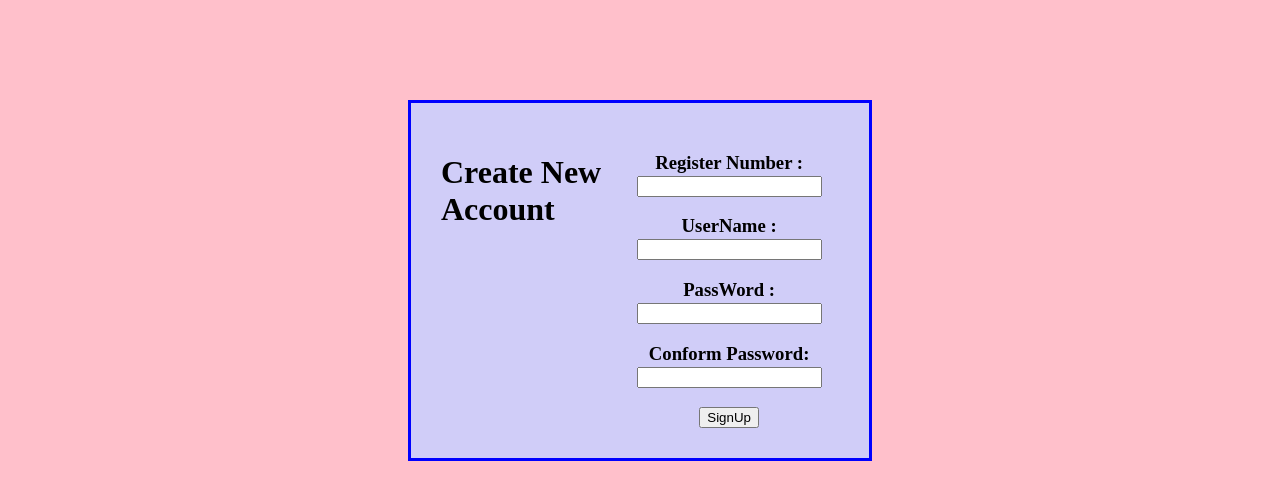
Repository: Vamsigundubogula/E-Commerce-Website
Page: http://localhost/E-commerce-website/signup.jsp
These files come from the project's save history. The page is drawn as it stood at one moment and after the next save; the edit follows.
The browser window is 1280 px wide. The pictures show the whole page.
The page is served by Tomcat 9.

Above is the page before, as saved 2023-09-11 10:10:53.

After the next save:
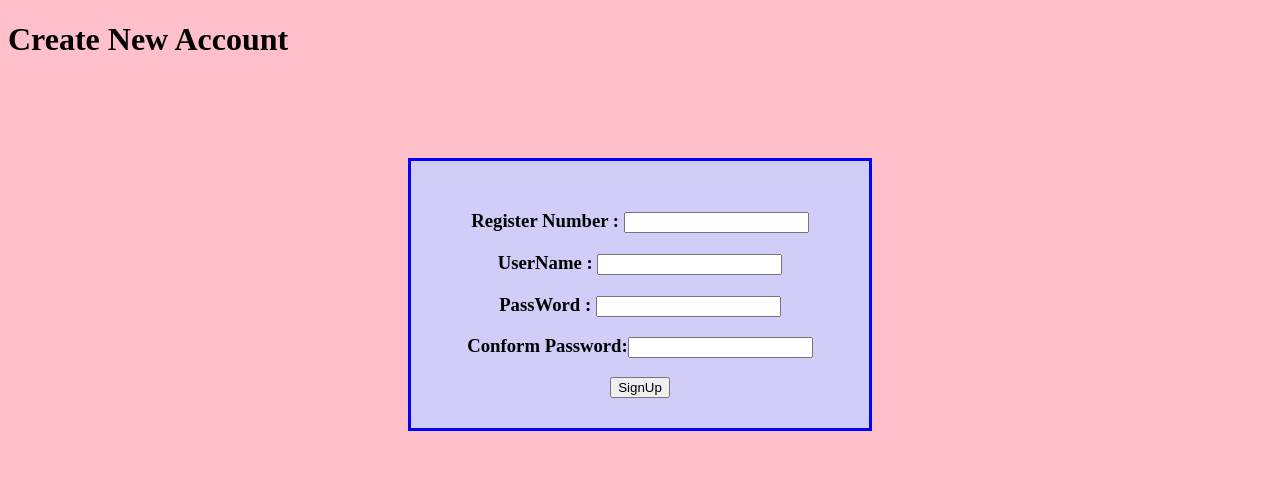
Saved 30 s later.
--- a/E-commerce-website/WebContent/signup.jsp
+++ b/E-commerce-website/WebContent/signup.jsp
@@ -17,8 +17,8 @@
 }
 </style>
 <body bgcolor="pink">
+	<h1>Create New Account</h1>
     <div class="content">
-    <h1>Create New Account</h1>
     <form action="signup" method="post" align="center">
     <h3>Register Number : <input type="text" name="Rno"></h3>
     <h3>UserName        : <input type="text" name="uname"></h3>
